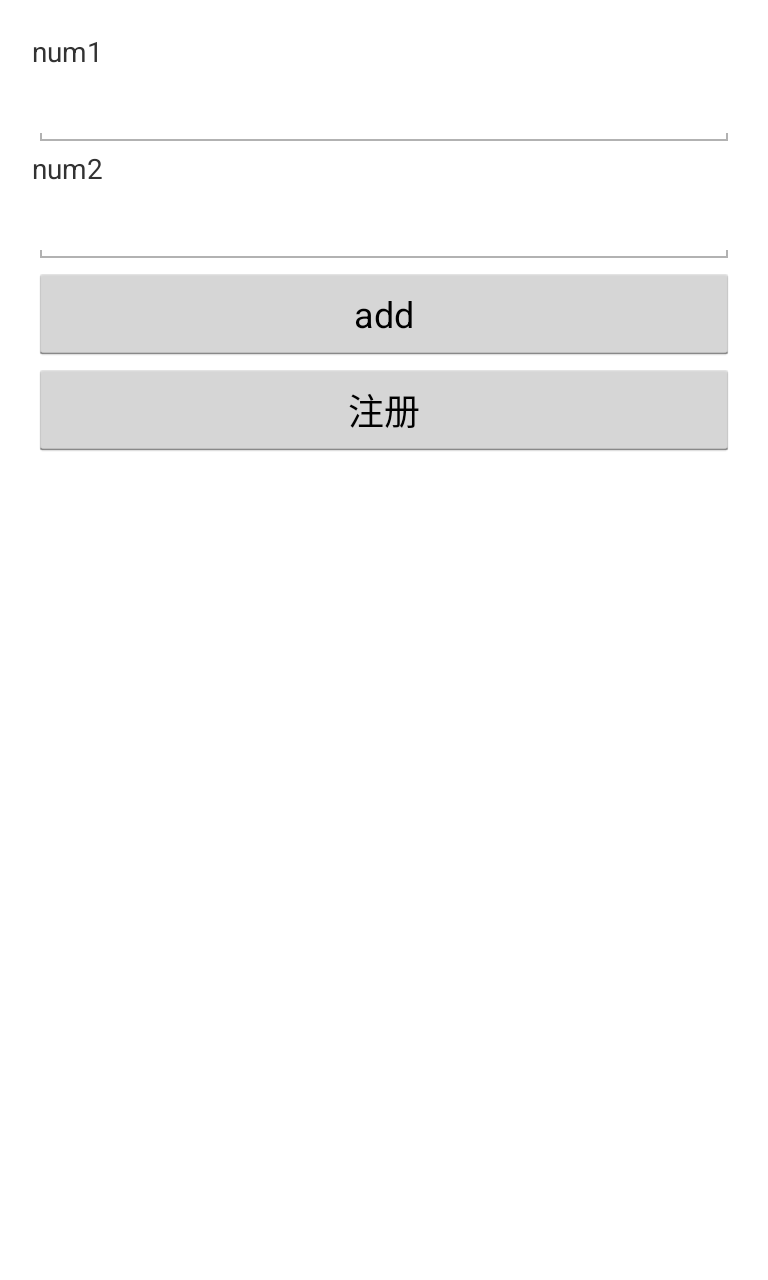
Repository: superlikex/Android_task
Layout: Calculate/res/layout/activity_main.xml
These files come from the project's save history. The layout is drawn as it stood at one moment and after the next save; the edit follows.
It is drawn on a 768 x 1280 px phone screen (xhdpi) without system bars, with theme AppTheme; the app's code is not run.

Above is the layout before, as saved 2015-12-01 03:49:08.

### Calculate/res/layout/activity_main.xml
<LinearLayout xmlns:android="http://schemas.android.com/apk/res/android"
    xmlns:tools="http://schemas.android.com/tools"
    android:layout_width="match_parent"
    android:layout_height="match_parent"
    android:orientation="vertical"
    android:gravity="fill"
    android:paddingBottom="@dimen/activity_vertical_margin"
    android:paddingLeft="@dimen/activity_horizontal_margin"
    android:paddingRight="@dimen/activity_horizontal_margin"
    android:paddingTop="@dimen/activity_vertical_margin"
    tools:context="com.example.calculate.MainActivity" >

       <TextView
        android:id="@+id/text_num_1"
        android:layout_width="wrap_content"
        android:layout_height="wrap_content"
        android:text="num1" />
      <EditText
          android:id ="@+id/number_1"
          android:layout_width="match_parent"
          android:layout_height="wrap_content"/>
      <TextView
        android:id="@+id/text_num_2"
        android:layout_width="match_parent"
        android:layout_height="wrap_content"
        android:text="num2"
       />

       <EditText
          android:id ="@+id/number_2"
          android:layout_width="match_parent"
          android:layout_height="wrap_content"
          />


      <Button
          	android:id = "@+id/button_add"
          	android:layout_width="match_parent"
          	android:layout_height="wrap_content"
          	android:text="add" />
      <Button
          	android:id = "@+id/button_2"
          	android:layout_width="match_parent"
          	android:layout_height="wrap_content"
          	android:text="注册" />
 <TextView
        android:id="@+id/text_sum"
        android:layout_width="match_parent"
        android:layout_height="wrap_content"

       />

</LinearLayout>

Loaded but not shown: Calculate/res/values/styles.xml (common file); Calculate/res/values-v11/styles.xml (common file); Calculate/res/values-v14/styles.xml (common file); Calculate/res/values/dimens.xml (common file); Calculate/res/values-w820dp/dimens.xml (common file)

After the next save:
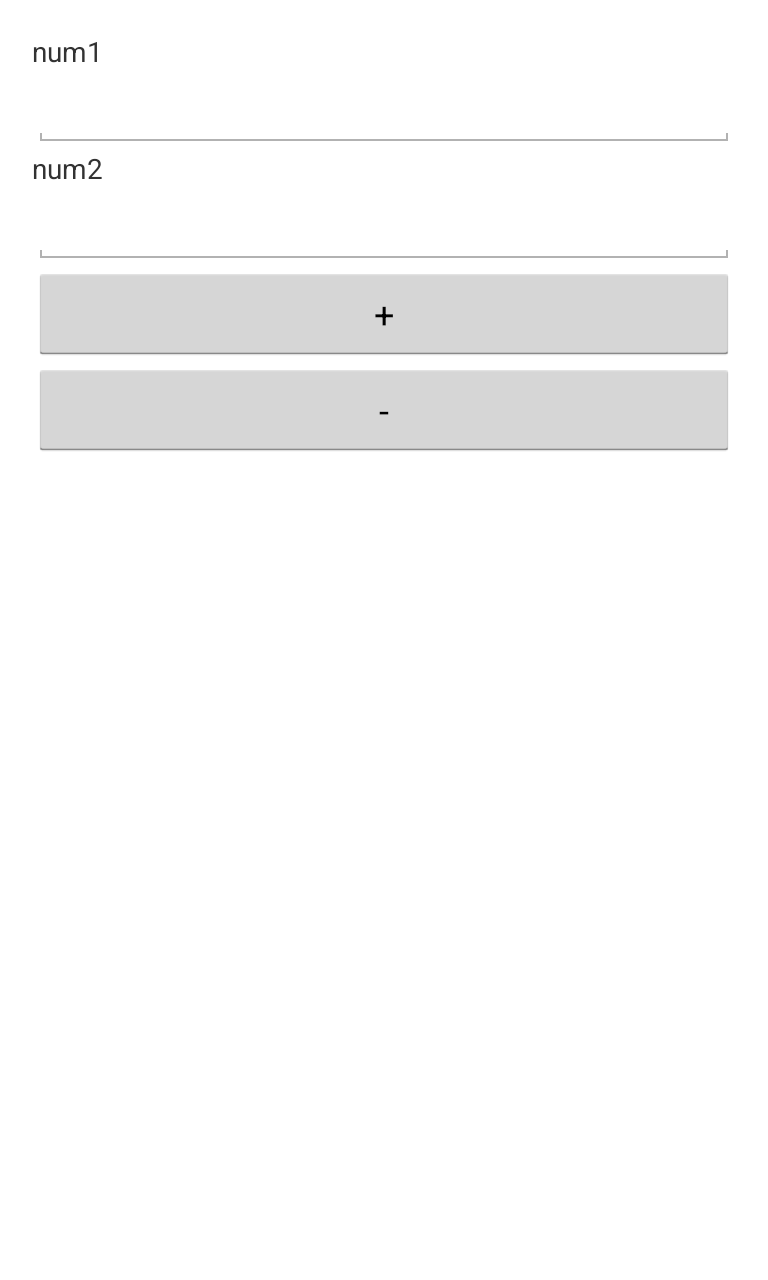
Saved 3 min 36 s later.
--- a/Calculate/res/layout/activity_main.xml
+++ b/Calculate/res/layout/activity_main.xml
@@ -37,12 +37,12 @@
           	android:id = "@+id/button_add"
           	android:layout_width="match_parent"
           	android:layout_height="wrap_content"
-          	android:text="add" />
+          	android:text="+" />
       <Button
-          	android:id = "@+id/button_2"
+          	android:id = "@+id/button_sub"
           	android:layout_width="match_parent"
           	android:layout_height="wrap_content"
-          	android:text="注册" />
+          	android:text="-" />
  <TextView
         android:id="@+id/text_sum"
         android:layout_width="match_parent"
